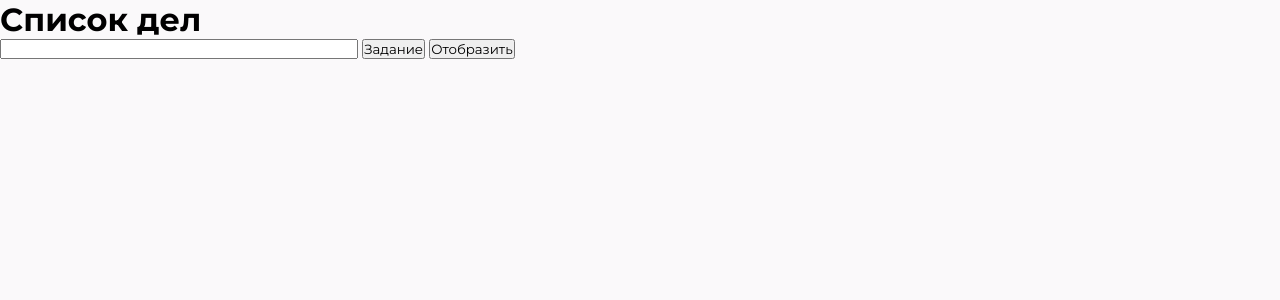
Repository: andbaik/it_unit9
Page: index.html
An editor plug-in stored every save of this project. The page is shown before and after a run of saves, followed by the edit.
The browser window is 1280 px wide. The pictures show the whole page.

Above is the page before, as saved 2021-04-06 21:48:50.

### index.html
<!DOCTYPE html>
<html lang="ru">
<head>
    <meta charset="UTF-8">
    <meta http-equiv="X-UA-Compatible" content="IE=edge">
    <meta name="viewport" content="width=device-width, initial-scale=1.0">
    <title>Список дел</title>
    <link rel="stylesheet" href="/css/style.css">
</head>
<body>

    <head>
        <h1>Список дел</h1>
    </head>
    <section>
        <input type="text" name="task" id="task">
        <button class="add-task btn">Задание</button>
        <button class="show-task btn">Отобразить</button>
        <div class="result"></div>
    </section>
</body>
</html>

### css/style.css
@import url('https://fonts.googleapis.com/css2?family=Montserrat:wght@400;700&display=swap');

* {
    margin: 0;
    padding: 0;
    font-family: 'Montserrat', sans-serif;

}

body {
background-color: #FAF9FA;
}

input {
    width: 354px;
    height: ;
}

9B999B - border
F2F1F2 - btn bacground
6B696B - plasholder color text
C2C1C2 - btn text color

848384 - div color text
C2C1C2 border color div

After the next 2 saves:
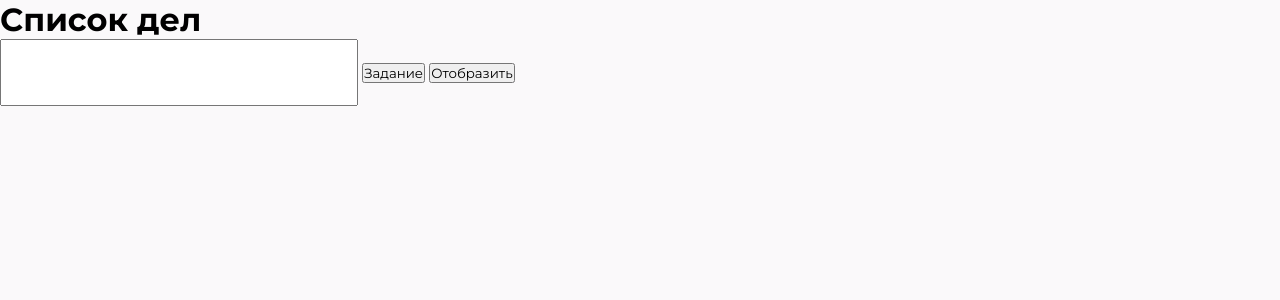
The 2 saves are shown as one change because they came seconds apart.
The last was saved 12 s later.
--- a/css/style.css
+++ b/css/style.css
@@ -13,7 +13,8 @@ background-color: #FAF9FA;
 
 input {
     width: 354px;
-    height: ;
+    height: 63px;
+
 }
 
 9B999B - border
